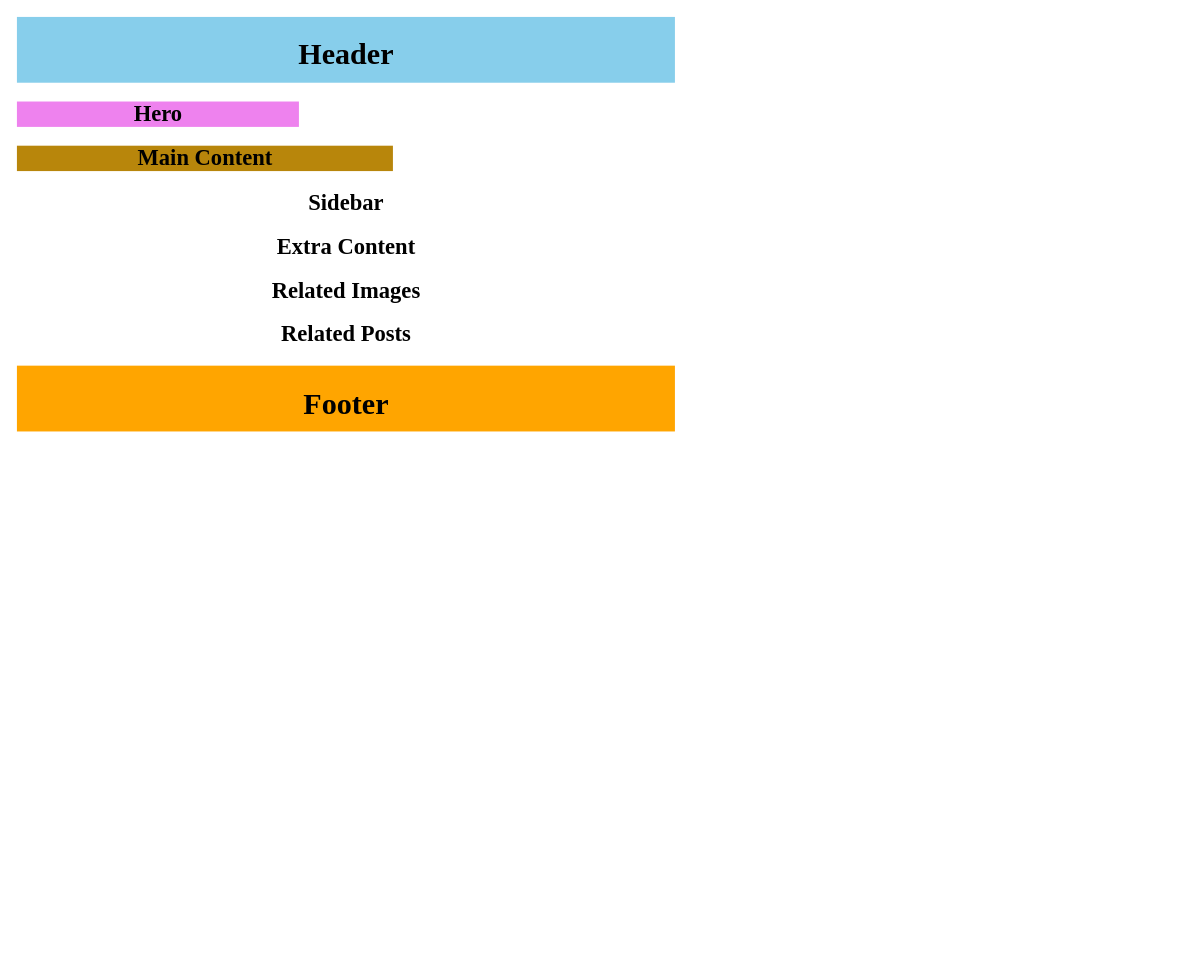
Repository: harshitanthal1/assignments_avisoft
Page: 01-02-2024/assignment_2/index.html
These files come from the project's save history. The page is drawn as it stood at one moment and after the next save; the edit follows.
The browser window is 1280 px wide. The pictures show the whole page, at 94% of full size.

Above is the page before, as saved 2024-02-01 17:57:09.

After the next save:
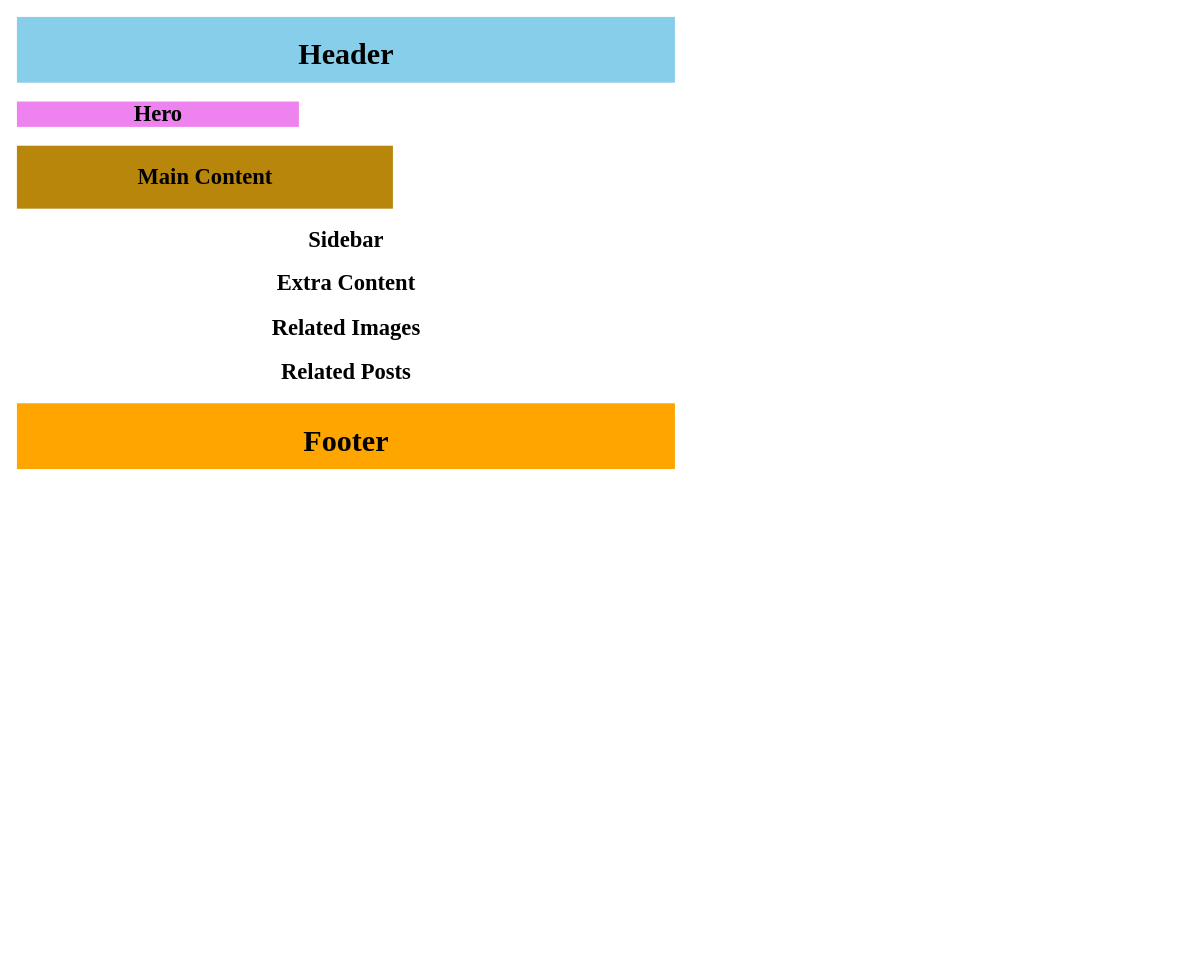
Saved 2 min 6 s later.
--- a/01-02-2024/assignment_2/styles/styles.css
+++ b/01-02-2024/assignment_2/styles/styles.css
@@ -23,6 +23,7 @@
 #sec2 {
     background-color: darkgoldenrod;
     width: 400px;
+    align-content:first baseline;
 }
 
 #footer {
